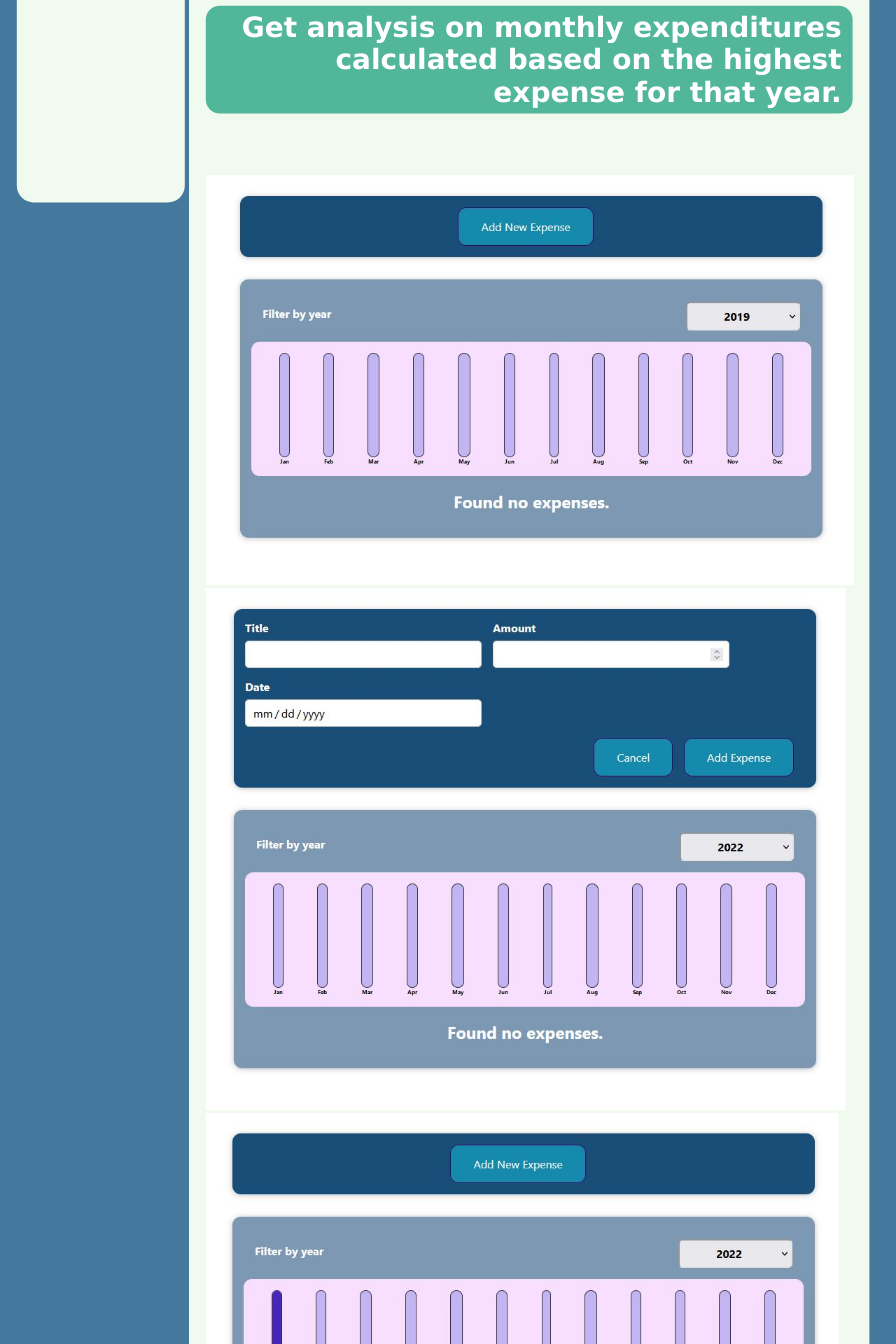
Repository: niranjangp/portfolioReact
Page: /cs-three
An editor plug-in stored every save of this project. The page is shown before and after the next save, followed by the edit.
The browser window is 1280 px wide. The pictures show the part of the page from y = 483 to 2403 px (the page is 4443 px tall before and 4499 px after), at 70% of full size.
The project was rebuilt for these pictures with package versions that can differ from the ones it lists, and the page was loaded fresh each time. Also part of the build but not shown: src/pages/enterDesign.jsx, src/pages/csOne.jsx, src/pages/csTwo.jsx, src/pages/notFound.jsx.

Above is the page before, as saved 2022-02-01 18:36:03.

### public/index.html
<!DOCTYPE html>
<html lang="en">
  <head>
    <meta charset="utf-8" />
    <!--<link rel="icon" href="%PUBLIC_URL%/favicon.ico" />-->
    <meta name="viewport" content="width=device-width, initial-scale=1" />
    <meta name="theme-color" content="#000000" />
    <meta
      name="description"
      content="Web site created using create-react-app"
    />
    <!--<link rel="apple-touch-icon" href="%PUBLIC_URL%/logo192.png" />-->
    <!--
      manifest.json provides metadata used when your web app is installed on a
      user's mobile device or desktop. See https://developers.google.com/web/fundamentals/web-app-manifest/
    -->
    <link rel="manifest" href="%PUBLIC_URL%/manifest.json" />
    <!--
      Notice the use of %PUBLIC_URL% in the tags above.
      It will be replaced with the URL of the `public` folder during the build.
      Only files inside the `public` folder can be referenced from the HTML.

      Unlike "/favicon.ico" or "favicon.ico", "%PUBLIC_URL%/favicon.ico" will
      work correctly both with client-side routing and a non-root public URL.
      Learn how to configure a non-root public URL by running `npm run build`.
    -->
    <title>Portfolio</title>
  </head>
  <body>
    <noscript>You need to enable JavaScript to run this app.</noscript>
    <div id="root"></div>
    <!--
      This HTML file is a template.
      If you open it directly in the browser, you will see an empty page.

      You can add webfonts, meta tags, or analytics to this file.
      The build step will place the bundled scripts into the <body> tag.

      To begin the development, run `npm start` or `yarn start`.
      To create a production bundle, use `npm run build` or `yarn build`.
    -->
  </body>
</html>

### src/index.css
body {
  margin: 0;
  font-family: -apple-system, BlinkMacSystemFont, 'Segoe UI', 'Roboto', 'Oxygen',
    'Ubuntu', 'Cantarell', 'Fira Sans', 'Droid Sans', 'Helvetica Neue',
    sans-serif;
  -webkit-font-smoothing: antialiased;
  -moz-osx-font-smoothing: grayscale;
  box-sizing: border-box;
}

code {
  font-family: source-code-pro, Menlo, Monaco, Consolas, 'Courier New',
    monospace;
}

p {
  margin: 0;
}

### src/App.js
import './App.css';

import { Route, NavLink, Switch, Redirect } from 'react-router-dom';
import EnterTheDesign from './pages/enterDesign';
import CSOne from './pages/csOne';
import CSTwo from './pages/csTwo';
import CSThree from './pages/csThree';
import NotFound from './pages/notFound';

function App() {
  const flatIconLink = "https://www.flaticon.com/free-icons/programmer";
  const wfhIconLink = "https://www.flaticon.com/free-icons/work-from-home";


  return (
    <div className='App'>
      <div className="containerOne">
        <nav className='navigation'>
          <div className='navDiv'>
            <NavLink activeClassName="nav-link active" className="nav-link" to="/enter-the-design">Take me Home!</NavLink>
          </div>
          <div className='navDiv'>
            <NavLink activeClassName="nav-link active" className="nav-link" to="/cs-one">Case Study Numero Uno</NavLink>
          </div>
          <div className='navDiv'>
            <NavLink activeClassName="nav-link active" className="nav-link" to="/cs-two">Case t'w'o Study</NavLink>
          </div>
          <div className='navDiv'>
            <NavLink activeClassName="nav-link active" className="nav-link" to="/cs-three">Case Study the 3rd</NavLink>
          </div>
          <div className='navDiv'>
            <NavLink activeClassName="nav-link active" className="nav-link" to="/cs-four">Case Study IV</NavLink>
          </div>
        </nav>
        <main className='mainOne'>
          <Switch>
            <Route exact path="/" ><Redirect to="/enter-the-design" /></Route>
            <Route path="/enter-the-design" ><EnterTheDesign /></Route>
            <Route exact path="/cs-one" ><CSOne /></Route>
            <Route exact path="/cs-two" ><CSTwo /></Route>
            <Route exact path="/cs-three"><CSThree /></Route>

            <Route path="*"><NotFound /></Route>
          </Switch>
          {/*<div className='firstRow'>
            <div className="width-60">
              <p className='fr-info'>NIRANJAN G P, IS A UI DEVELOPER AT DELOITTE USI</p>
            </div>
            <div className="width-40 img-block">
              <img src={avatarIcon} alt="avatar-icon" className='avtr-img' />
            </div>
          </div>
          <div className='sec-row'>
            <p>Hi, this is Niranjan.</p>
            <p>I Joined Deloitte USI as a campus recruit. Since then I've been part of many innovative and high-intensity projects, coordinating between multiple virtual teams to help complete client deliverables.</p>
            <p>I've been part of the FRONT-END community since 2017 and constantly learning and developing UI and gradually having a go at UX design parallely.</p>
            <p>Currently based in Bengaluru, I have a big love for travel and adventure, also keeping in mind to do my bit to conserve the environment.</p>
            <p>Thanks for stopping by.</p>
          </div>*/}

        </main>
        <footer>
          <div className='footer-info'>
            {/*<p>Niranjan G P</p>*/}
            <p>Design & Develop    |   mailtonirgp@gmail.com</p>
            <p>Please consider the Environment while printing.</p>
          </div>
          <div className='credits'>
            <a href={flatIconLink} title="programmer icons">Programmer icons created by Flat Icons - Flaticon</a>
            <a href={wfhIconLink} title="work from home icons">Work from home icons created by Freepik - Flaticon</a>
            <a href="https://www.flaticon.com/free-icons/fruit" title="fruit icons">Fruit icons created by Freepik - Flaticon</a>
            <a href="https://www.flaticon.com/free-icons/digital-money" title="digital money icons">Digital money icons created by Freepik - Flaticon</a>
          </div>
        </footer>
      </div>

    </div>
  );
}

export default App;

### src/App.css
.containerOne {
  background-color: #45789d;
  padding: 24px;
  position: relative;
}

.mainOne {
  width: 75%;
  margin-left: 20%;
  background-color: #F1FAEE;
  height: 100%;
  border-radius: 1.5rem;
  padding: 24px;
}

.navigation {
  position: absolute;
  top: 24px;
  left: 24px;
  width: 15%;
  height: 660px;
  background-color: #F1FAEE;
  border-radius: 1.5rem;
  padding: 64px 24px 24px;
}

.navDiv {
  padding: 16px 0;
  text-align: center;
}

.nav-link {
  font-size: 24px;
  text-decoration: none;
  color: #1d3557;
}

.nav-link.active {
  color: #2a9d8f;
  font-weight: bold;
  border-bottom: 4px solid #2a9d8f;
}

.fr-info {
  font-size: 3rem;
  font-family: 'Gill Sans', 'Gill Sans MT', Calibri, 'Trebuchet MS', sans-serif;
  padding: 24px 24px 24px 48px;
  color: #1d3557;
}

.firstRow {
  display: flex;
  align-items: center;
  padding: 64px 0;
}

.width-60 {
  width: 60%;
}

.width-40 {
  width: 40%;
}

.fullWidth {
  width: 100%;
}

.img-block {
  text-align: center;
}

.sec-row {
  background-color: #1d3557;
  color: #f1faee;
  border-radius: 0.75rem;
  padding: 64px;
  font-family: 'Lucida Sans', 'Lucida Sans Regular', 'Lucida Grande', 'Lucida Sans Unicode', Geneva, Verdana, sans-serif;
  font-size: 28px;
  text-align: justify;
}

.sec-row p {
  padding: 16px;
}

.centered {
  margin: 3rem auto;
  text-align: center;
  display: flex;
  justify-content: center;
  align-items: center;
}

.linkSel {
  text-decoration: underline;
  font-weight: bold;
}

.third-row {
  display: flex;
  flex-wrap: wrap;
  padding: 96px 24px 0;
}

.card-box {
  width: 50%;
  text-align: center;
  height: 600px;
}

.card {
  width: 400px;
  height: 450px;
  background-color: #ffddd2;
  border-radius: 20px;
  box-shadow: 4px 4px 4px 4px rgba(0, 0, 0, 0.2);
  margin: 3rem auto;
  flex-grow: 1;
  flex-shrink: 1;
  transition: width 500ms ease 0s;
}

.card:hover {
  box-shadow: 4px 4px 4px 8px rgba(0, 0, 0, 0.2);
  width: 420px;
  height: 470px;
  cursor: pointer;
}

.card a {
  text-decoration: none;
}

.card p {
  font-size: 32px;
  padding: 24px;
  color: #1d3557;
  font-family: Verdana, Geneva, Tahoma, sans-serif;
}

.card-icon {
  width: 256px;
  margin-top: 40px;
}

.intro-cs {
  text-align: center;
  font-size: 40px;
  color: #1d3557;
  font-family: 'Trebuchet MS', 'Lucida Sans Unicode', 'Lucida Grande', 'Lucida Sans', Arial, sans-serif;
}

footer {
  width: 75%;
  margin-left: 20%;
  background-color: #cfdbd5;
  height: 100%;
  border-radius: 1.5rem;
  padding: 24px;
  margin-top: 64px;
  color: #223843;
}

.footer-info {
  font-size: 1.5rem;
}

.footer-info p {
  padding: 1rem;
}

.credits {
  padding-left: 16px;
}

.credits a {
  text-decoration: none;
  display: block;
}

.csOne {
  min-height: 660px;
  height: 100%;
  color: #1d3557;
}

.backLink {
  font-size: 28px;
  font-weight: bold;
  padding: 16px 16px 16px 24px;
}

.backLink a {
  text-decoration: none;
  color: #1d3557;

}

.csOneHeader, .csTwoHeader, .cs3Header {
  font-size: 40px;
  padding: 16px 16px 32px 24px;
}

.csOneBody {
  padding: 0 24px;
}

.csOneH {
  font-size: 32px;
  padding-bottom: 8px;
  border-bottom: 2px solid #1d3557;
  margin-bottom: 16px;
  display: inline-block;
}

.csOneC {
  font-size: 28px;
}

.pd-bt {
  padding-bottom: 48px;
}

.pd-bt-small {
  padding-bottom: 24px;
}

.clrp {
  width: 100px;
  height: 40px;
  border-top-right-radius: 20px;
  border-bottom-right-radius: 20px;
  margin-right: 24px;
}

.fir {
  background-color: #0070D2;
}

.sec {
  background-color: #16325C;
}

.thi {
  background-color: #526173;
}

.fou {
  font-family: sans-serif;
  padding-right: 24px;
}

.dp-flx {
  display: flex;
  margin: 16px 40px;
  align-items: center;
}

.flx-bx {
  display: flex;
  align-items: center;
  justify-content: space-evenly;
  margin-bottom: 48px;
}

.flx-bx div {
  font-size: 32px;
}

.mrDesk {
  width: 800px;
}

.last-text {
  font-size: 28px;
  color: #f07167;
  margin: 0 64px 24px;
  text-align: center;
}

.csTwo {
  font-family: 'Franklin Gothic Medium', 'Arial Narrow', Arial, sans-serif;
}

.csTwoHeader {
  color: #e76f51;
}

.csTwoPara {
  color: #0081a7;
  font-size: 28px;
  padding-bottom: 8px;
}

.padd-div {
  padding: 16px 24px 56px;
}

.csTwoRowTwo {
  color: #c81d25;
  font-size: 32px;
  padding-bottom: 16px;
  border-bottom: 2px solid #c81d25;
  margin-bottom: 48px;
}

.textCen {
  text-align: center;
}

.screenName {
  font-size: 24px;
  width: 80%;
  margin: 0 auto;
  margin-bottom: 0px;
  background-color: #284b63;
  color: #fff;
  border-top-left-radius: 12px;
  border-top-right-radius: 12px;
  padding: 8px 0;
}

.scrIcon {
  width: 80%;
  margin: 8px 0 64px;
}

.cs3 {
  font-family: 'Lucida Sans', 'Lucida Sans Regular', 'Lucida Grande', 'Lucida Sans Unicode', Geneva, Verdana, sans-serif;
}

.cs3Header {
  color: #006d77;
  border-bottom: 2px solid #006d77;
  display: inline-block;

}


.right-content {
  text-align: right;
  margin: 64px 0;
}

.exp-para {
  font-size: 40px;
  display: inline-block;
  background-color: #52b69a;
  padding: 8px 16px;
  border-radius: 20px;
  color: #fff;
  font-weight: bold;
  margin-bottom: 24px;
}

.exp-header {
  display: inline-block;
  font-size: 40px;
  color: #14746f;
  padding-bottom: 8px;
  border-bottom: 2px dotted #14746f;
}

/*.containerOne {
  background-color: #F1FAEE;
}
.mainOne {
  background-color: #a8dadc;
  width: 75%;
  margin-left: 20%;
  /-*background-color: #45789d;*-/
  height: 660px;
}

.p1 {
  color: #1d3557;
}
.p2 {
  color: #f1faee;
}*/

/*.App-logo {
  height: 40vmin;
  pointer-events: none;
}

@media (prefers-reduced-motion: no-preference) {
  .App-logo {
    animation: App-logo-spin infinite 20s linear;
  }
}

.App-header {
  background-color: #282c34;
  min-height: 100vh;
  display: flex;
  flex-direction: column;
  align-items: center;
  justify-content: center;
  font-size: calc(10px + 2vmin);
  color: white;
}

.App-link {
  color: #61dafb;
}*/

@keyframes App-logo-spin {
  from {
    transform: rotate(0deg);
  }

  to {
    transform: rotate(360deg);
  }
}

### src/pages/csThree.jsx
import React from 'react';
import { Link } from 'react-router-dom';
import ExpHome from '../assets/expHome.JPG';
import AddExp from '../assets/addExp.JPG';
import SingleExp from '../assets/singleExp.JPG';
import MultiExp from '../assets/multiExp.JPG'


const csThree = () => {
    return (
        <div className='cs3'>
            <div className="backLink"><Link to="/enter-the-design">{'< Back'}</Link></div>
            <div className='cs3Header'>Expense App we all need!!!</div>
            <div className="exp-body">
                <div className="right-content">
                    <p className="exp-para">The Expense Tracker we all need.</p>
                    <p className="exp-para">One App to calculate yearly spends on products and commodities.</p>
                    <p className="exp-para">Get analysis on monthly expenditures calculated based on the highest expense for that year.</p>
                </div>
                <div>
                    <div><img src={ExpHome} alt="expense-home" /></div>
                    <div><img src={AddExp} alt="add-expense" /></div>
                    <div><img src={SingleExp} alt="single-exp" /></div>
                    <div><img src={MultiExp} alt="multi-exp" /></div>
                </div>
                <div>
                    <p className="exp-para">The design is card and container based and darker hues are used for color schemes.</p>
                    <p className="exp-para">App is built using ReactJS, implementing CSS design guidelines too.</p>
                </div>
            </div>
            <div className="last-text">To go back, scroll up to find the Back button near the top of the screen or use the navigation links to take you to the home page or to the desired webpage!!!</div>
        </div>
    )
};

export default csThree;

Loaded but not shown: src/index.js (common file); src/reportWebVitals.js (common file)

After the next save:
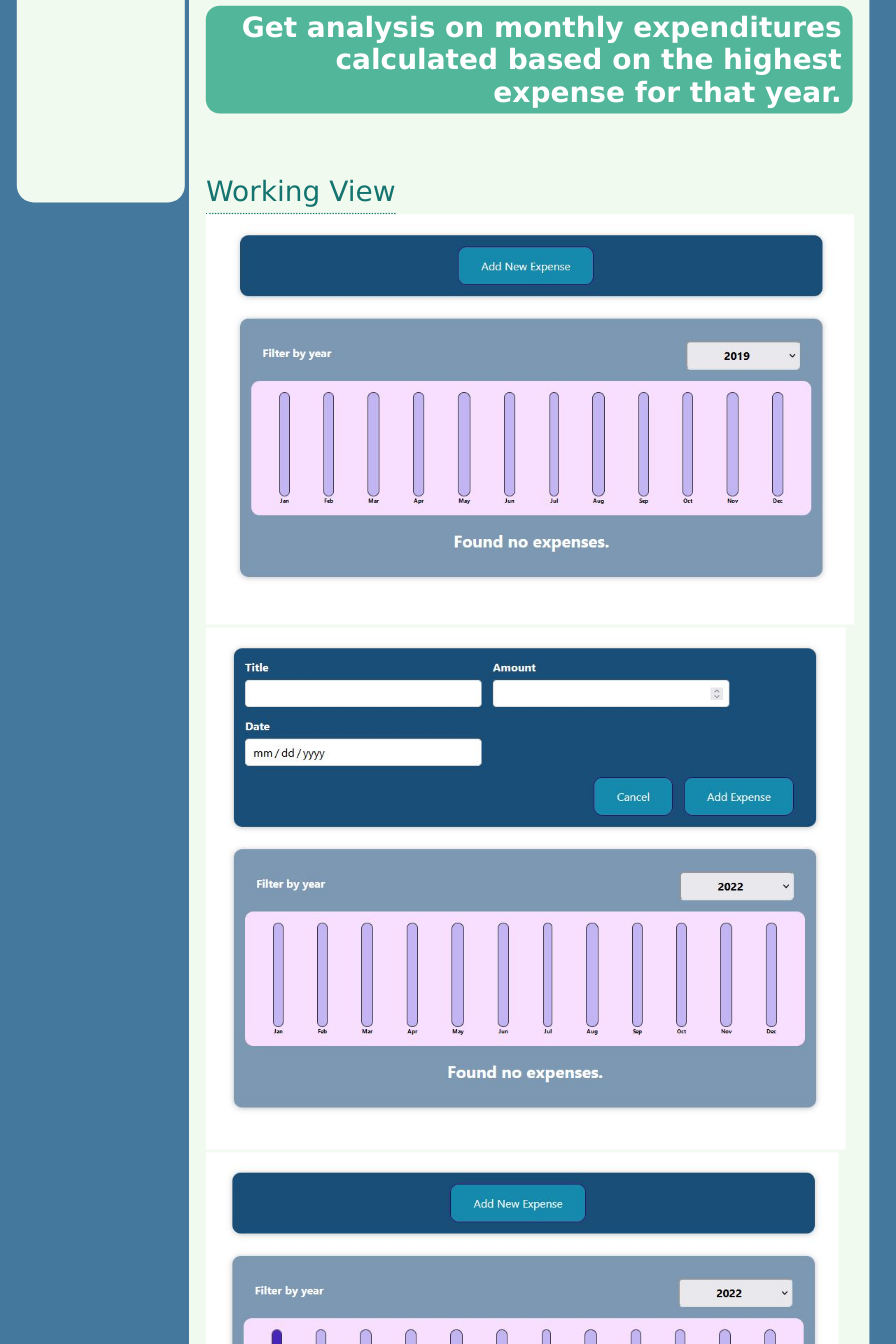
Saved 11 s later.
--- a/src/pages/csThree.jsx
+++ b/src/pages/csThree.jsx
@@ -18,6 +18,7 @@ const csThree = () => {
                     <p className="exp-para">Get analysis on monthly expenditures calculated based on the highest expense for that year.</p>
                 </div>
                 <div>
+                    <div className="exp-header">Working View</div>
                     <div><img src={ExpHome} alt="expense-home" /></div>
                     <div><img src={AddExp} alt="add-expense" /></div>
                     <div><img src={SingleExp} alt="single-exp" /></div>
